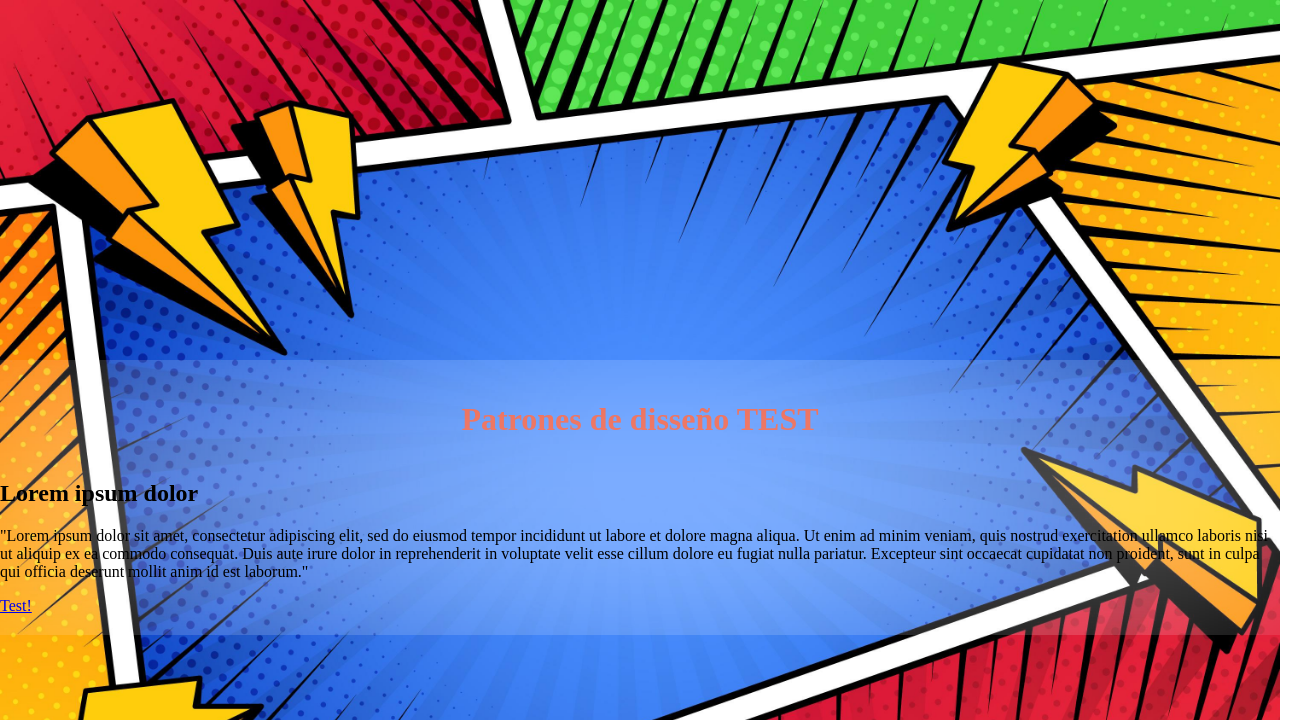
Repository: nrsWebs/design-pattern-es
Page: test.html
These files come from the project's save history. The page is drawn as it stood at one moment and after the next save; the edit follows.
The browser window is 1280 px wide. The page is 1300 px wide, so the pictures cover 1300 px, including what lies to the right of the window. The pictures show the whole page.

Above is the page before, as saved 2021-02-06 19:17:05.

After the next save:
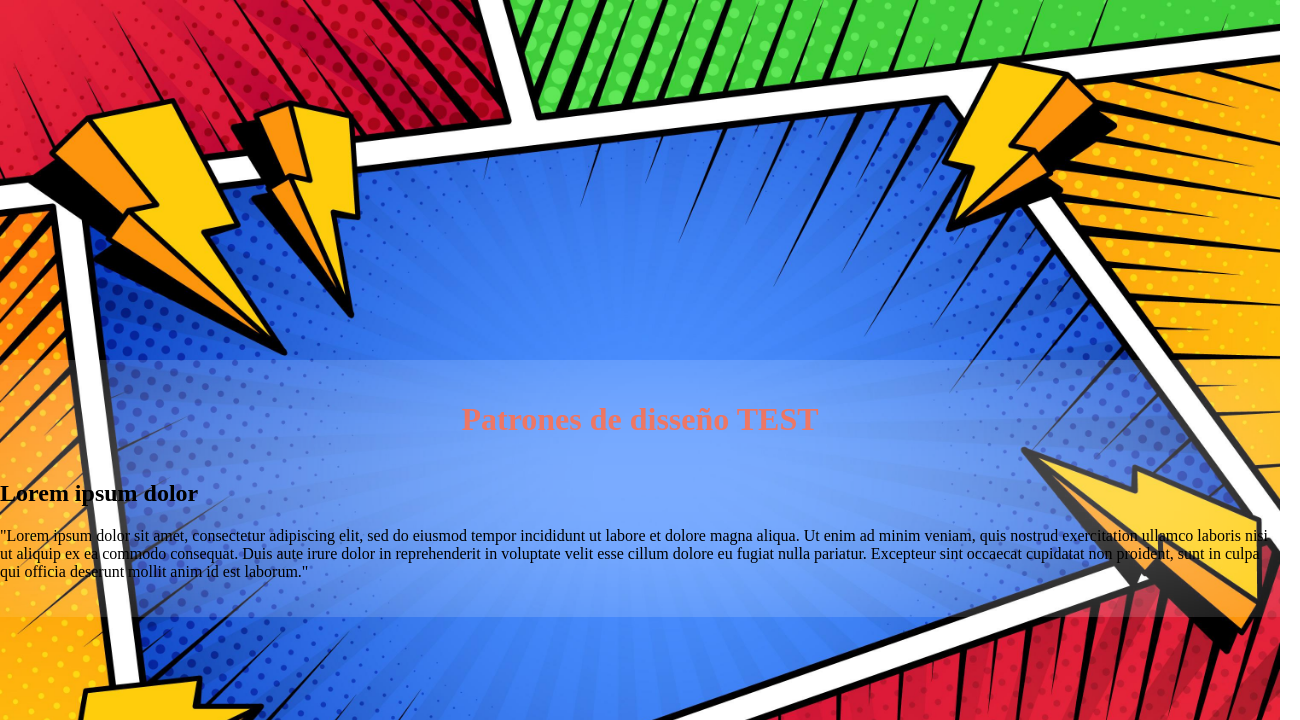
Saved 89 s later.
--- a/test.html
+++ b/test.html
@@ -13,7 +13,6 @@
             <div class="information">
                 <h2>Lorem ipsum dolor</h2>
                 <p>"Lorem ipsum dolor sit amet, consectetur adipiscing elit, sed do eiusmod tempor incididunt ut labore et dolore magna aliqua. Ut enim ad minim veniam, quis nostrud exercitation ullamco laboris nisi ut aliquip ex ea commodo consequat. Duis aute irure dolor in reprehenderit in voluptate velit esse cillum dolore eu fugiat nulla pariatur. Excepteur sint occaecat cupidatat non proident, sunt in culpa qui officia deserunt mollit anim id est laborum."</p>
-                <a href="index.html">Test!</a>
             </div>
         </div>
     </div>
@@ -21,4 +20,7 @@
 <footer>
     <a class="hidden-container" href="https://www.freepik.es/vectores/fondo">Vector de Fondo creado por coolvector - www.freepik.es</a>
 </footer>
+<script>
+
+</script>
 </html>
